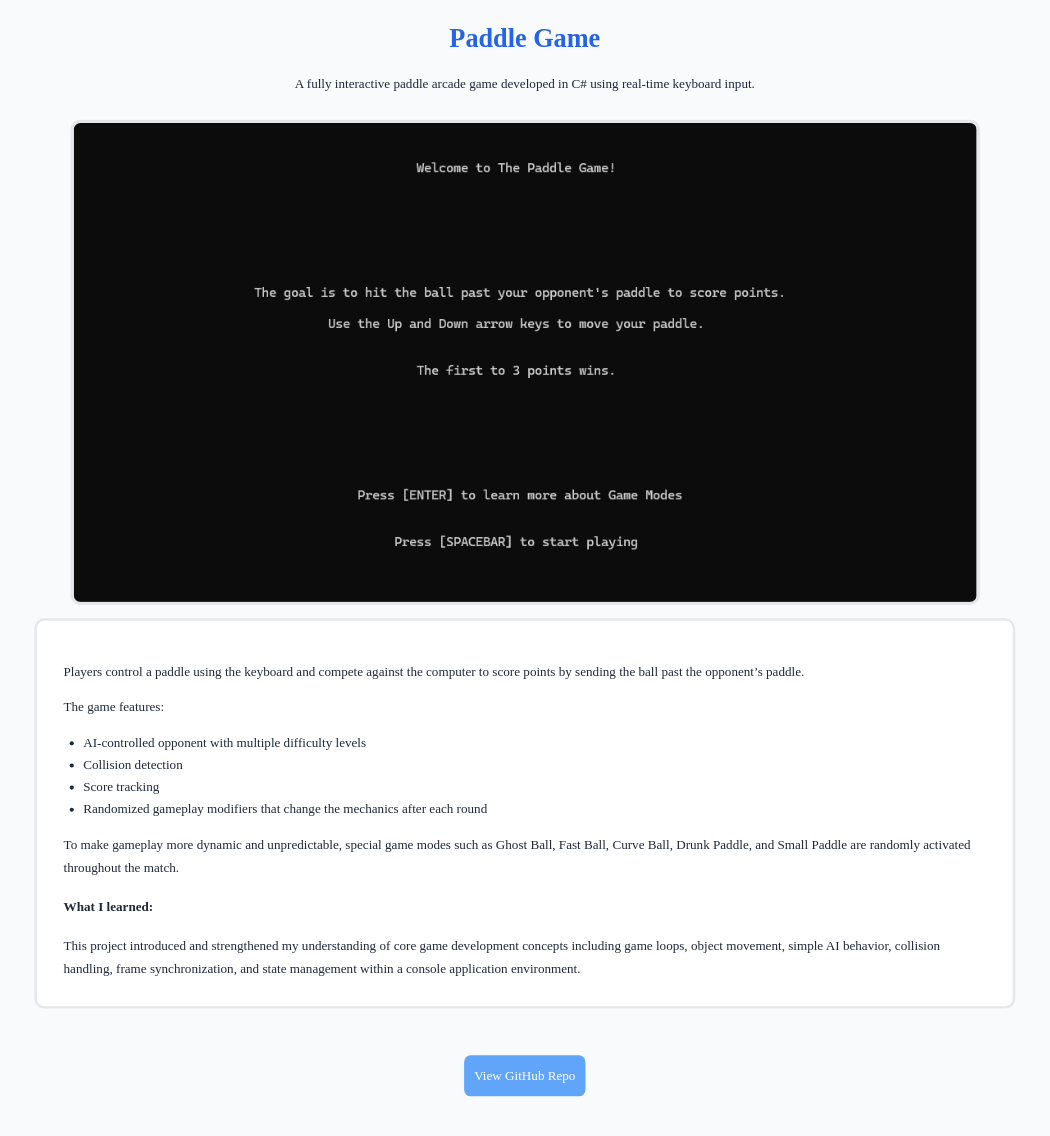
Repository: alison-cunningham/alison-cunningham
Page: pages/paddle-game.html
These files come from the project's save history. The page is drawn as it stood at one moment and after the next save; the edit follows.
The browser window is 1280 px wide. The pictures show the whole page, at 82% of full size.
Some web fonts or font styles are not loaded; a fallback is used.

Above is the page before, as saved 2026-05-12 17:31:28.

After the next save:
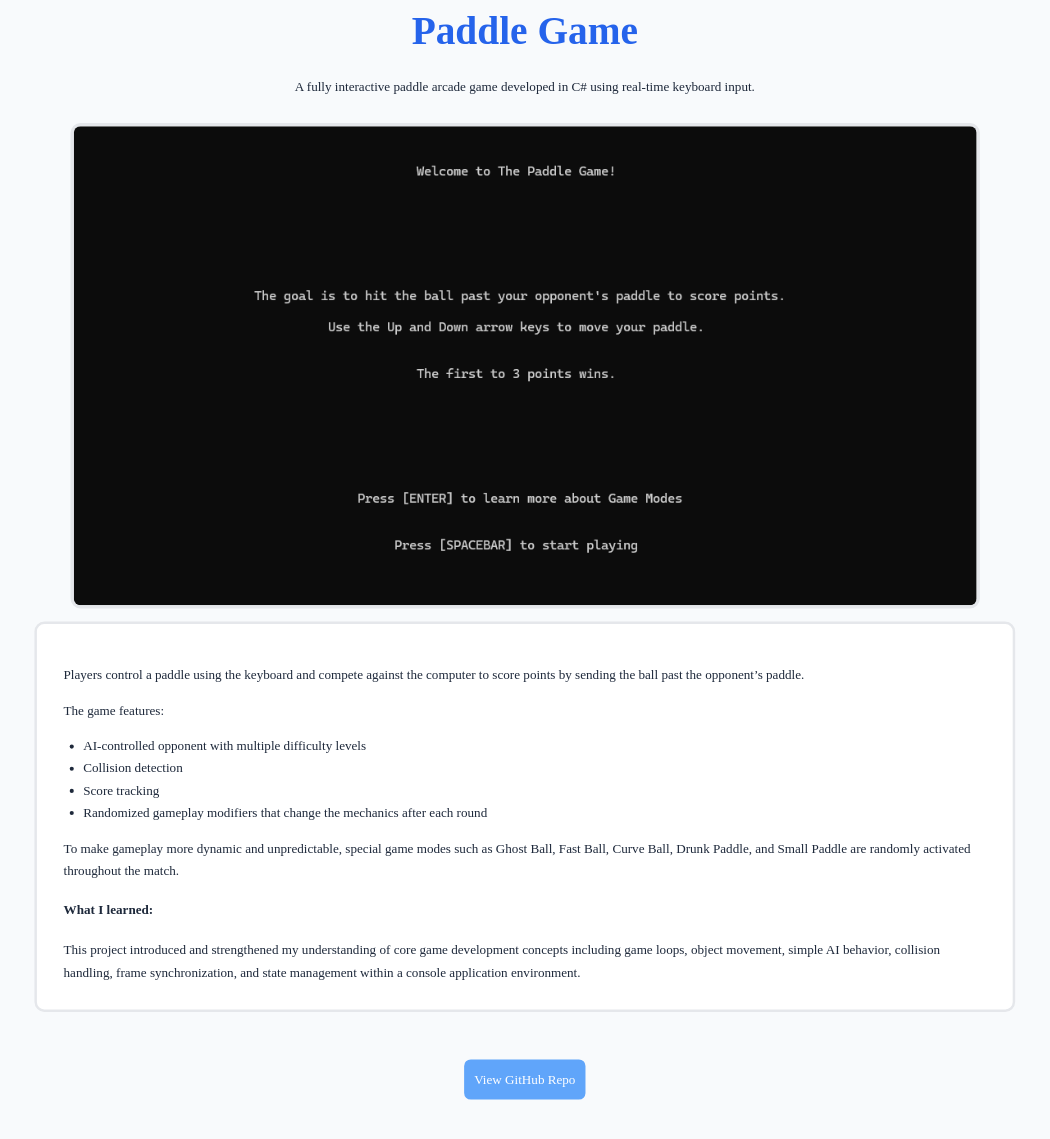
Saved 2 h 12 min later.
--- a/styles/globals.css
+++ b/styles/globals.css
@@ -50,7 +50,7 @@ h3{
 
 }
 
-header.h1{
+header h1{
     font-size: 3rem;
     margin: 0;
 }
@@ -59,14 +59,13 @@ header.h1{
     display: flex;
     gap: 2rem;
 
-    width: 90%;
+    width: 100%;
     max-width: 100%;
 
     overflow-x: auto;
 
     padding: 0.5rem 1rem;
-    margin-left: 2.5rem;
-    margin-right: 2.5rem;
+    margin: 0;
 
     font-size: 1.5rem;
 }
